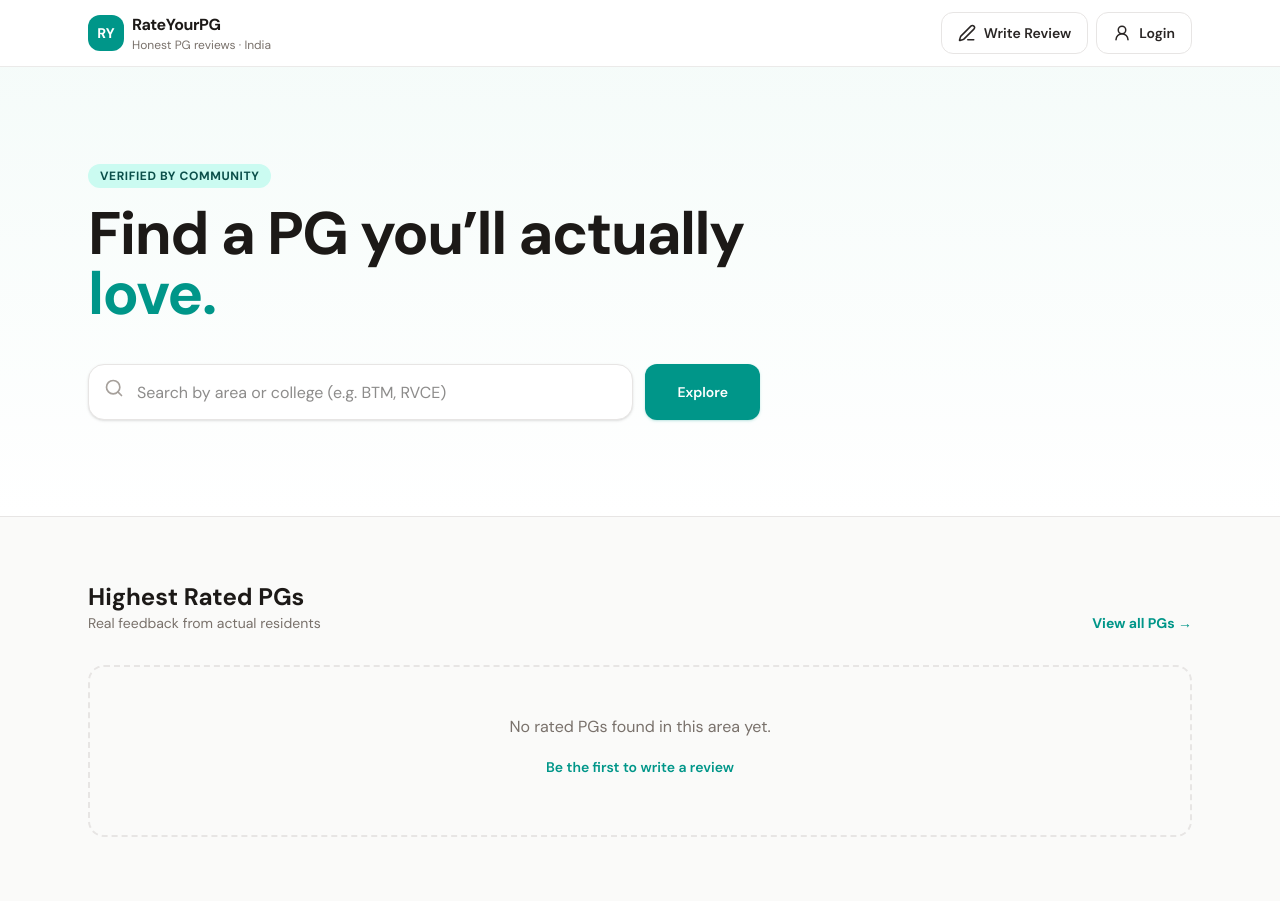
Repository: Tanishqontop/rateyourpg
Page: /
The author's editor kept a copy of each file at every save. The page is drawn from the files as they stood at one save, then again after the next save.
The browser window is 1280 px wide. The pictures show the whole page.
The page's requests for data from a server got no answer. The project was rebuilt for these pictures with package versions that can differ from the ones it lists, and the page was loaded fresh each time. No one was signed in, and anything a server would have sent is missing. Also part of the build but not shown: vite.config.js, vite.config.ts, src/lib/constants.ts, src/lib/reviewAi.ts, src/components/ui/Card.tsx, src/components/ui/StarRating.tsx, src/lib/slug.ts, src/components/review/AddPgForm.tsx and 10 more.

Above is the page before, as saved 2026-04-06 00:30:27.

### index.html
<!doctype html>
<html lang="en">
  <head>
    <meta charset="UTF-8" />
    <link rel="icon" type="image/svg+xml" href="/favicon.svg" />
    <meta name="viewport" content="width=device-width, initial-scale=1.0" />
    <meta
      name="description"
      content="RateYourPG — discover and review PG accommodations across India. Honest reviews from students and professionals."
    />
    <title>RateYourPG — PG Reviews &amp; Discovery in India</title>
    <link rel="preconnect" href="https://fonts.googleapis.com" />
    <link rel="preconnect" href="https://fonts.gstatic.com" crossorigin />
    <link
      href="https://fonts.googleapis.com/css2?family=DM+Sans:ital,opsz,wght@0,9..40,400;0,9..40,500;0,9..40,600;0,9..40,700;1,9..40,400&display=swap"
      rel="stylesheet"
    />
  </head>
  <body>
    <div id="root"></div>
    <script type="module" src="/src/main.tsx"></script>
  </body>
</html>

### src/index.css
@import "tailwindcss";

@theme {
  --font-sans: "DM Sans", ui-sans-serif, system-ui, sans-serif;
  --color-brand-50: #f0fdf9;
  --color-brand-100: #ccfbf1;
  --color-brand-200: #99f6e4;
  --color-brand-500: #14b8a6;
  --color-brand-600: #0d9488;
  --color-brand-700: #0f766e;
  --color-surface: #fafaf9;
  --color-ink: #1c1917;
  --color-muted: #78716c;
}

body {
  @apply bg-stone-50 text-stone-900 antialiased font-sans;
}

### src/App.tsx
import { BrowserRouter, Navigate, Route, Routes } from "react-router-dom";
import { HelmetProvider } from "react-helmet-async";
import { AuthProvider } from "@/context/AuthContext";
import { AppShell } from "@/components/layout/AppShell";
import { HomePage } from "@/pages/HomePage";
import { LocationPage } from "@/pages/LocationPage";
import { PGDetailPage } from "@/pages/PGDetailPage";
import { AuthPage } from "@/pages/AuthPage";

export default function App() {
  return (
    <HelmetProvider>
      <AuthProvider>
        <BrowserRouter>
          <Routes>
            <Route element={<AppShell />}>
              <Route index element={<HomePage />} />
              <Route path="location/:slug" element={<LocationPage />} />
              <Route path="pg/:slug" element={<PGDetailPage />} />
              <Route path="login" element={<AuthPage />} />
              <Route path="*" element={<Navigate to="/" replace />} />
            </Route>
          </Routes>
        </BrowserRouter>
      </AuthProvider>
    </HelmetProvider>
  );
}

### src/components/layout/AppShell.tsx
import { Outlet, useNavigate, useSearchParams } from "react-router-dom";
import { useEffect, useState } from "react";
import { clearReviewPrefillLocation } from "@/lib/reviewPrefill";
import { Header } from "@/components/layout/Header";
import { ReviewModal } from "@/components/review/ReviewModal";
import { ConversionModal } from "@/components/review/ConversionModal";

export function AppShell() {
  const [params, setParams] = useSearchParams();
  const navigate = useNavigate();
  const [reviewOpen, setReviewOpen] = useState(false);
  const [guestConversionOpen, setGuestConversionOpen] = useState(false);

  useEffect(() => {
    if (params.get("write") === "1") {
      setReviewOpen(true);
    }
  }, [params]);

  const openReview = () => {
    setReviewOpen(true);
    const next = new URLSearchParams(params);
    next.set("write", "1");
    setParams(next, { replace: true });
  };

  const closeReview = () => {
    clearReviewPrefillLocation();
    setReviewOpen(false);
    const next = new URLSearchParams(params);
    next.delete("write");
    setParams(next, { replace: true });
  };

  return (
    <div className="min-h-screen bg-stone-50">
      <Header onWriteReview={openReview} />
      <main>
        <Outlet />
      </main>
      <ReviewModal
        open={reviewOpen}
        onClose={closeReview}
        onGuestReviewSubmitted={() => setGuestConversionOpen(true)}
      />
      <ConversionModal
        open={guestConversionOpen}
        onClose={() => setGuestConversionOpen(false)}
        onSignUp={() => {
          setGuestConversionOpen(false);
          navigate("/login?mode=signup");
        }}
      />
    </div>
  );
}

### src/pages/HomePage.tsx
import { useCallback, useEffect, useState } from "react";
import { Link, useNavigate } from "react-router-dom";
import { Helmet } from "react-helmet-async";
import { Search, MapPin, School } from "lucide-react";
import { getSupabase } from "@/lib/supabase";
import { DEMO_LOCATIONS } from "@/lib/demoData";
import type { LocationRow, PgRow } from "@/types/database";
import { Button } from "@/components/ui/Button";
import { Card } from "@/components/ui/Card";
import { PgCard } from "@/components/pg/PgCard";
import { AddLocationModal } from "@/components/location/AddLocationModal";

interface PgWithRatings extends PgRow {
  average_rating: number;
  total_reviews: number;
}

export function HomePage() {
  const navigate = useNavigate();
  const [q, setQ] = useState("");

  // Suggestion & Search State
  const [suggestions, setSuggestions] = useState<LocationRow[]>([]);
  const [showSuggestions, setShowSuggestions] = useState(false);
  const [exploring, setExploring] = useState(false);
  const [addLocationOpen, setAddLocationOpen] = useState(false);

  // Content State
  const [colleges, setColleges] = useState<LocationRow[]>([]);
  const [areas, setAreas] = useState<LocationRow[]>([]);
  const [realTopPgs, setRealTopPgs] = useState<PgWithRatings[]>([]);

  // 1. Initial Data Fetch
  useEffect(() => {
    void (async () => {
      const sb = getSupabase();
      if (!sb) {
        setColleges(DEMO_LOCATIONS.filter(l => l.type === 'college'));
        return;
      }

      const { data: colData } = await sb.from("locations").select("*").eq("type", "college").order("name").limit(12);
      const { data: areaData } = await sb.from("locations").select("*").eq("type", "area").order("name").limit(12);

      if (colData) setColleges(colData as LocationRow[]);
      if (areaData) setAreas(areaData as LocationRow[]);

      const { data: pgData } = await sb.from("pg_with_ratings").select("*").gt("total_reviews", 0).order("average_rating", { ascending: false }).limit(3);
      if (pgData) setRealTopPgs(pgData as PgWithRatings[]);
    })();
  }, []);

  // 2. Real-time Fuzzy Search Logic (Debounced)
  useEffect(() => {
    const fetchSuggestions = async () => {
      const query = q.trim();
      if (query.length < 2) {
        setSuggestions([]);
        return;
      }

      const sb = getSupabase();
      if (!sb) return;

      const { data, error } = await sb.rpc('search_locations', {
        search_query: query
      });

      if (!error && data) {
        setSuggestions(data as LocationRow[]);
      }
    };

    const timer = setTimeout(fetchSuggestions, 150);
    return () => clearTimeout(timer);
  }, [q]);

  const runExplore = useCallback(async () => {
    const raw = q.trim();
    if (!raw) return;

    // Use the first suggestion if available for quick navigation
    if (suggestions.length > 0) {
      navigate(`/location/${suggestions[0].slug}`);
      return;
    }

    setExploring(true);
    try {
      const sb = getSupabase();
      if (!sb) return;
      const { data: locRows } = await sb.from("locations").select("*").or(`name.ilike.%${raw}%,city.ilike.%${raw}%`).limit(1);

      if (locRows?.length) {
        navigate(`/location/${locRows[0].slug}`);
      } else {
        setAddLocationOpen(true);
      }
    } finally {
      setExploring(false);
    }
  }, [q, suggestions, navigate]);

  return (
    <>
      <Helmet>
        <title>RateYourPG — Honest PG Reviews in Bangalore & India</title>
      </Helmet>

      {/* HERO SECTION */}
      <section className="border-b border-stone-200 bg-linear-to-b from-teal-50/50 to-white">
        <div className="mx-auto max-w-6xl px-4 py-16 sm:px-6 sm:py-24">
          <p className="inline-block rounded-full bg-teal-100 px-3 py-1 text-xs font-bold uppercase tracking-wider text-teal-900">
            Verified by Community
          </p>
          <h1 className="mt-4 max-w-3xl text-4xl font-extrabold tracking-tight text-stone-900 sm:text-6xl">
            Find a PG you’ll actually <span className="text-teal-600">love.</span>
          </h1>

          <div className="mt-10 flex max-w-2xl flex-col gap-3 sm:flex-row sm:items-center">
            <div className="relative flex-1">
              <Search className="absolute left-4 top-3.5 text-stone-400" size={20} />
              <input
                value={q}
                onChange={(e) => {
                    setQ(e.target.value);
                    setShowSuggestions(true);
                }}
                onFocus={() => setShowSuggestions(true)}
                onBlur={() => setTimeout(() => setShowSuggestions(false), 200)}
                onKeyDown={(e) => e.key === "Enter" && void runExplore()}
                className="h-14 w-full rounded-2xl border border-stone-200 bg-white pl-12 pr-4 text-base shadow-sm outline-none ring-teal-600/20 transition focus:border-teal-600 focus:ring-4"
                placeholder="Search by area or college (e.g. BTM, RVCE)"
              />

              {/* FUZZY SEARCH SUGGESTIONS */}
              {showSuggestions && suggestions.length > 0 && (
                <div className="absolute top-full left-0 right-0 z-50 mt-2 overflow-hidden rounded-2xl border border-stone-200 bg-white shadow-2xl backdrop-blur-sm">
                   <div className="max-h-80 overflow-y-auto py-2">
                    {suggestions.map((loc) => (
                      <button
                        key={loc.id}
                        onMouseDown={() => navigate(`/location/${loc.slug}`)}
                        className="group flex w-full items-center gap-3 px-4 py-3 text-left transition hover:bg-teal-50"
                      >
                        <div className={`flex h-9 w-9 shrink-0 items-center justify-center rounded-xl ${
                            loc.type === 'college' ? 'bg-teal-100 text-teal-600' : 'bg-amber-100 text-amber-600'
                        }`}>
                          {loc.type === 'college' ? <School size={18} /> : <MapPin size={18} />}
                        </div>
                        <div className="flex-1 overflow-hidden">
                          <p className="truncate text-sm font-bold text-stone-900">{loc.name}</p>
                          <p className="text-xs text-stone-500">{loc.city} • {loc.type}</p>
                        </div>
                      </button>
                    ))}
                   </div>
                </div>
              )}
            </div>

            <Button className="h-14 px-8 text-base" disabled={exploring} onClick={() => void runExplore()}>
              {exploring ? "Searching..." : "Explore"}
            </Button>
          </div>
        </div>
      </section>

      <main className="mx-auto max-w-6xl space-y-16 px-4 py-16 sm:px-6">
        {/* COLLEGES CAROUSEL */}
        {colleges.length > 0 && (
          <section>
            <div className="mb-6 flex items-center gap-2">
              <School className="text-teal-600" size={24} />
              <h2 className="text-2xl font-bold text-stone-900">Popular Colleges</h2>
            </div>
            <div className="no-scrollbar -mx-4 flex gap-4 overflow-x-auto px-4 pb-4 sm:mx-0 sm:px-0 snap-x snap-mandatory">
              {colleges.map((l) => (
                <Link key={l.id} to={`/location/${l.slug}`} className="shrink-0 snap-start">
                  <Card className="w-64 overflow-hidden transition-all hover:-translate-y-1 hover:shadow-lg">
                    <div className="h-32 bg-linear-to-br from-teal-500/10 to-amber-500/10 flex items-center justify-center text-stone-300">
                       <School size={40} />
                    </div>
                    <div className="p-4">
                      <p className="font-bold text-stone-900 line-clamp-1">{l.name}</p>
                      <p className="text-sm text-stone-500">{l.city}</p>
                    </div>
                  </Card>
                </Link>
              ))}
            </div>
          </section>
        )}

        {/* AREAS CAROUSEL */}
        {areas.length > 0 && (
          <section>
            <div className="mb-6 flex items-center gap-2">
              <MapPin className="text-teal-600" size={24} />
              <h2 className="text-2xl font-bold text-stone-900">Explore by Area</h2>
            </div>
            <div className="no-scrollbar -mx-4 flex gap-4 overflow-x-auto px-4 pb-4 sm:mx-0 sm:px-0 snap-x snap-mandatory">
              {areas.map((a) => (
                <Link key={a.id} to={`/location/${a.slug}`} className="shrink-0 snap-start">
                  <div className="group relative h-44 w-72 overflow-hidden rounded-2xl border border-stone-200 bg-stone-100 shadow-sm transition-all hover:shadow-md">
                    <img
                      src={a.image_url || "https://images.unsplash.com/photo-1596464716127-f2a82984de30?q=80&w=600"}
                      alt={a.name}
                      className="h-full w-full object-cover transition duration-700 group-hover:scale-110"
                    />
                    <div className="absolute inset-0 bg-linear-to-t from-stone-900/80 via-stone-900/20 to-transparent" />
                    <div className="absolute bottom-4 left-4 text-white">
                      <p className="text-xl font-bold">{a.name}</p>
                      <div className="flex items-center gap-1 text-xs opacity-90">
                        <MapPin size={12} />
                        <span>{a.city}</span>
                      </div>
                    </div>
                  </div>
                </Link>
              ))}
            </div>
          </section>
        )}

        {/* HIGHEST RATED PGS */}
        <section>
          <div className="mb-8 flex flex-col gap-1 sm:flex-row sm:items-end sm:justify-between">
            <div>
              <h2 className="text-2xl font-bold text-stone-900">Highest Rated PGs</h2>
              <p className="text-stone-500 text-sm">Real feedback from actual residents</p>
            </div>
            <Link to="/explore" className="text-sm font-bold text-teal-600 hover:text-teal-700">
              View all PGs →
            </Link>
          </div>

          <div className="grid gap-6 sm:grid-cols-2 lg:grid-cols-3">
            {realTopPgs.length > 0 ? (
              realTopPgs.map((pg) => (
                <PgCard
                  key={pg.id}
                  pg={pg}
                  rating={pg.average_rating}
                  reviewCount={pg.total_reviews}
                  tags={["High Trust", "Clean Rooms"]}
                />
              ))
            ) : (
              <div className="col-span-full rounded-2xl border-2 border-dashed border-stone-200 py-12 text-center">
                <p className="text-stone-500">No rated PGs found in this area yet.</p>
                <Button variant="ghost" className="mt-2 text-teal-600" onClick={() => navigate("/?write=1")}>
                  Be the first to write a review
                </Button>
              </div>
            )}
          </div>
        </section>
      </main>

      <AddLocationModal
        open={addLocationOpen}
        onClose={() => setAddLocationOpen(false)}
        defaultName={q.trim()}
        onCreated={(loc) => {
          if (loc.type === 'college') setColleges(prev => [loc, ...prev]);
          else setAreas(prev => [loc, ...prev]);
          navigate(`/location/${loc.slug}?write=1`);
        }}
      />
    </>
  );
}

### src/lib/supabase.ts
import { createClient, type SupabaseClient } from "@supabase/supabase-js";

let client: SupabaseClient | null = null;

function getSupabaseKey(): string | undefined {
  return (
    import.meta.env.VITE_SUPABASE_ANON_KEY ||
    import.meta.env.VITE_SUPABASE_PUBLISHABLE_DEFAULT_KEY
  );
}

export function isSupabaseConfigured(): boolean {
  return Boolean(import.meta.env.VITE_SUPABASE_URL && getSupabaseKey());
}

export function getSupabase(): SupabaseClient | null {
  if (!isSupabaseConfigured()) return null;
  if (!client) {
    const key = getSupabaseKey()!;
    client = createClient(import.meta.env.VITE_SUPABASE_URL!, key,
      {
        auth: {
          persistSession: true,
          autoRefreshToken: true,
        },
      }
    );
  }
  return client;
}

### src/lib/reviewPrefill.ts
import type { LocationRow } from "@/types/database";

const KEY = "rateyourpg_prefill_location";

/** Minimal row for ReviewModal step 3 */
export type PrefillLocation = Pick<
  LocationRow,
  "id" | "slug" | "name" | "city"
> & {
  type?: string | null;
  created_at?: string;
};

export function setReviewPrefillLocation(loc: PrefillLocation): void {
  sessionStorage.setItem(KEY, JSON.stringify(loc));
}

export function clearReviewPrefillLocation(): void {
  sessionStorage.removeItem(KEY);
}

export function peekReviewPrefillLocation(): PrefillLocation | null {
  const raw = sessionStorage.getItem(KEY);
  if (!raw) return null;
  try {
    return JSON.parse(raw) as PrefillLocation;
  } catch {
    sessionStorage.removeItem(KEY);
    return null;
  }
}

export function consumeReviewPrefillLocation(): PrefillLocation | null {
  const v = peekReviewPrefillLocation();
  if (v) sessionStorage.removeItem(KEY);
  return v;
}

### src/components/layout/Header.tsx
import { Link, useNavigate } from "react-router-dom";
import { LogOut, PenLine, UserRound } from "lucide-react";
import { Button } from "@/components/ui/Button";
import { useAuth } from "@/context/useAuth";

export function Header({ onWriteReview }: { onWriteReview: () => void }) {
  const { user, profile, signOut, loading } = useAuth();
  const navigate = useNavigate();

  return (
    <header className="sticky top-0 z-40 border-b border-stone-200/80 bg-white/90 backdrop-blur-md">
      <div className="mx-auto flex max-w-6xl items-center justify-between gap-3 px-4 py-3 sm:px-6">
        <Link to="/" className="flex items-center gap-2">
          <span className="flex h-9 w-9 items-center justify-center rounded-xl bg-teal-600 text-sm font-bold text-white">
            RY
          </span>
          <div className="leading-tight">
            <p className="text-base font-bold tracking-tight text-stone-900">
              RateYourPG
            </p>
            <p className="hidden text-xs text-stone-500 sm:block">
              Honest PG reviews · India
            </p>
          </div>
        </Link>

        <div className="flex items-center gap-2">
          <Button variant="secondary" className="sm:inline-flex" onClick={onWriteReview}>
            <PenLine size={18} />
            <span className="hidden sm:inline">Write Review</span>
            <span className="sm:hidden">Review</span>
          </Button>
          {!loading && user ? (
            <div className="flex items-center gap-2">
              <span className="hidden max-w-[140px] truncate text-sm text-stone-600 sm:inline">
                {profile?.is_guest
                  ? "Guest"
                  : profile?.email ?? user.email ?? "Account"}
              </span>
              <Button variant="ghost" className="!px-2" onClick={() => void signOut()}>
                <LogOut size={18} />
                <span className="hidden sm:inline">Logout</span>
              </Button>
            </div>
          ) : (
            <Button variant="secondary" onClick={() => navigate("/login")}>
              <UserRound size={18} />
              Login
            </Button>
          )}
        </div>
      </div>
    </header>
  );
}

### src/components/ui/Button.tsx
import type { ButtonHTMLAttributes, ReactNode } from "react";

type Variant = "primary" | "secondary" | "ghost" | "danger";

const variants: Record<Variant, string> = {
  primary:
    "bg-teal-600 text-white hover:bg-teal-700 shadow-sm shadow-teal-600/20",
  secondary:
    "bg-white text-stone-800 border border-stone-200 hover:bg-stone-50",
  ghost: "bg-transparent text-stone-700 hover:bg-stone-100",
  danger: "bg-red-600 text-white hover:bg-red-700",
};

export function Button({
  className = "",
  variant = "primary",
  children,
  ...props
}: ButtonHTMLAttributes<HTMLButtonElement> & {
  variant?: Variant;
  children: ReactNode;
}) {
  return (
    <button
      type="button"
      className={`inline-flex items-center justify-center gap-2 rounded-xl px-4 py-2.5 text-sm font-semibold transition focus-visible:outline focus-visible:outline-2 focus-visible:outline-offset-2 focus-visible:outline-teal-600 disabled:opacity-50 ${variants[variant]} ${className}`}
      {...props}
    >
      {children}
    </button>
  );
}

### src/context/useAuth.ts
import { useContext } from "react";
import { AuthContext, type AuthContextValue } from "./AuthContext";
import { isSupabaseConfigured } from "@/lib/supabase";

export function useAuth(): AuthContextValue {
  const ctx = useContext(AuthContext);
  if (!ctx) throw new Error("useAuth must be used within AuthProvider");
  return ctx;
}

/** True when Vite env has Supabase URL + key (no Provider required). */
export function useOptionalSupabase(): boolean {
  return isSupabaseConfigured();
}

Loaded but not shown: src/main.tsx (common file); src/context/AuthContext.tsx (194 lines, source omitted); src/lib/demoData.ts (101 lines, source omitted)

After the next save:
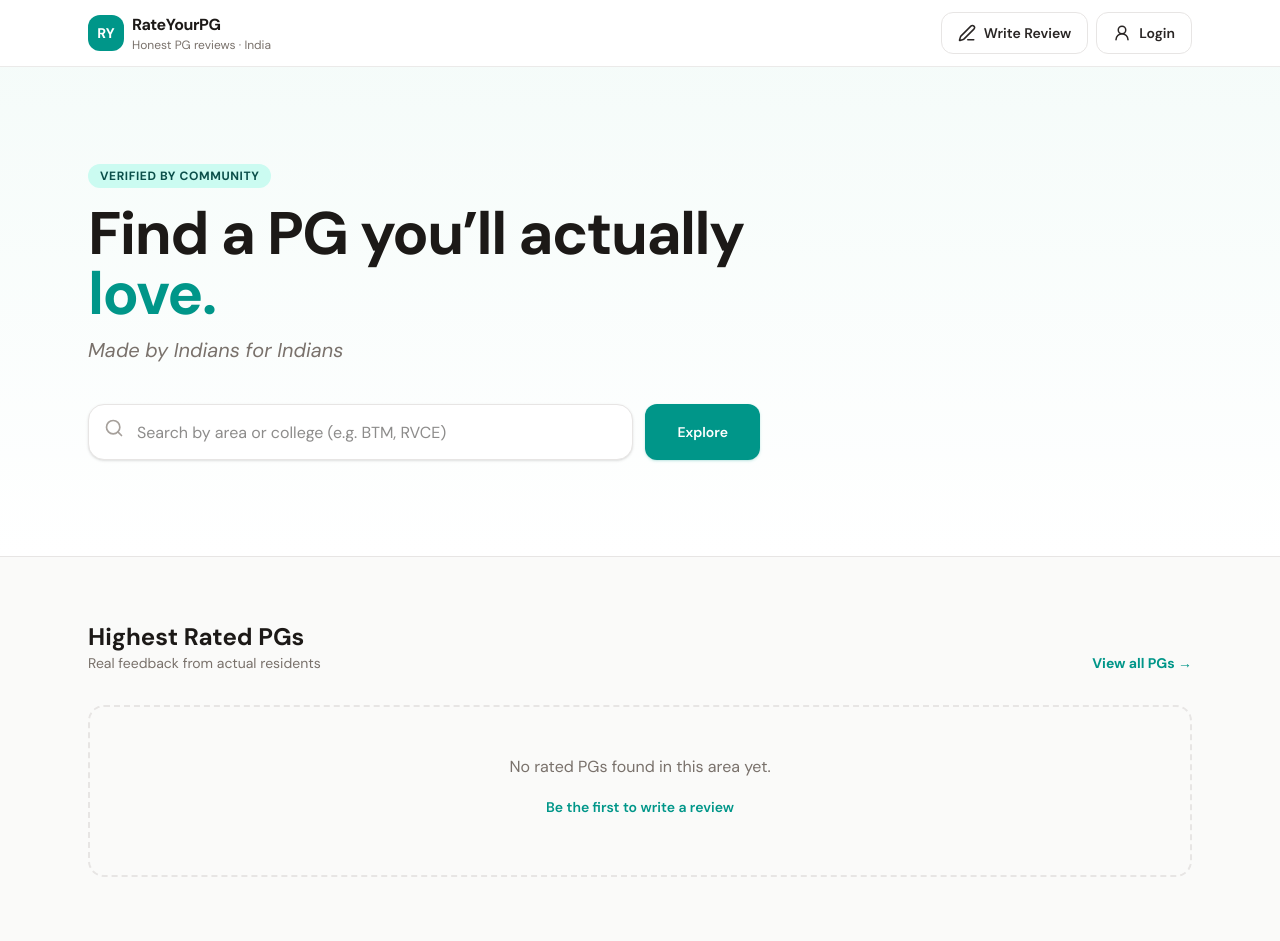
Saved 6 min 30 s later.
--- a/src/pages/HomePage.tsx
+++ b/src/pages/HomePage.tsx
@@ -113,9 +113,15 @@ export function HomePage() {
           <p className="inline-block rounded-full bg-teal-100 px-3 py-1 text-xs font-bold uppercase tracking-wider text-teal-900">
             Verified by Community
           </p>
+
           <h1 className="mt-4 max-w-3xl text-4xl font-extrabold tracking-tight text-stone-900 sm:text-6xl">
             Find a PG you’ll actually <span className="text-teal-600">love.</span>
           </h1>
+
+          {/* Subheading */}
+          <p className="mt-3 text-lg font-medium text-stone-500 sm:text-xl italic">
+            Made by Indians for Indians
+          </p>
 
           <div className="mt-10 flex max-w-2xl flex-col gap-3 sm:flex-row sm:items-center">
             <div className="relative flex-1">
